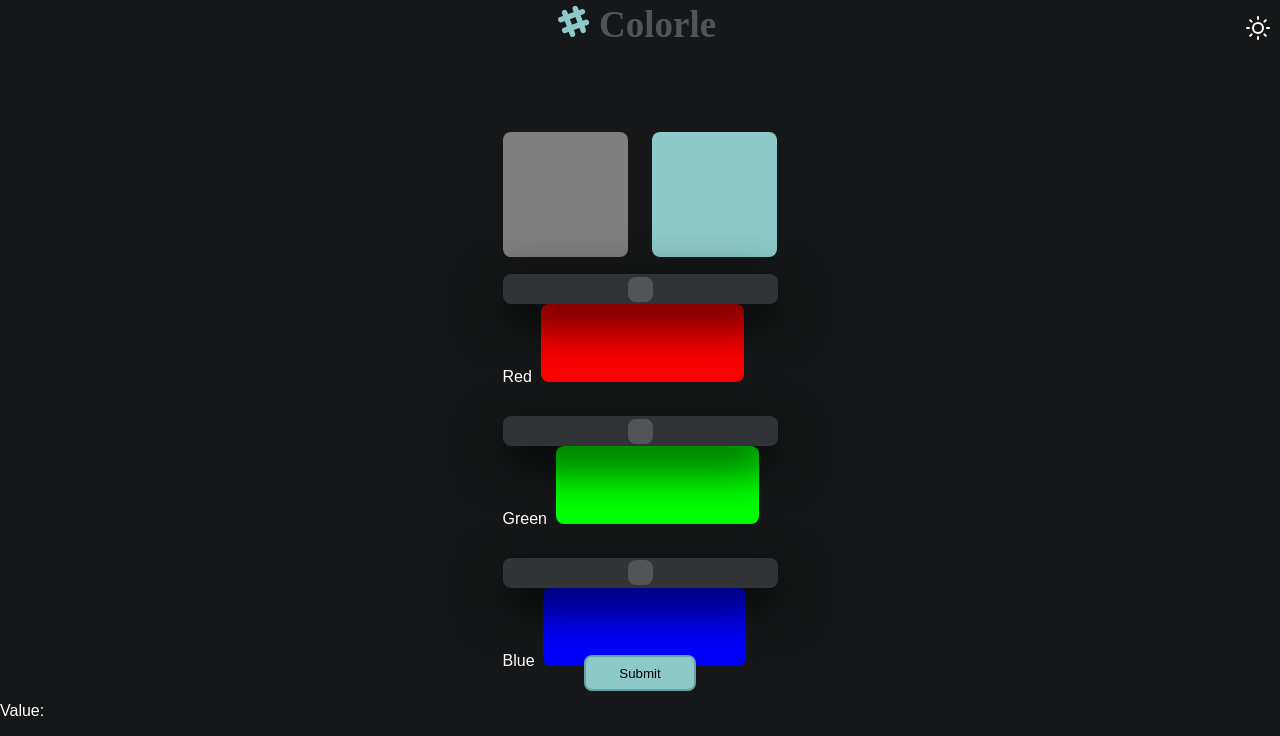
Repository: Artem-Melnik/Colorle
Page: index.html
An editor plug-in stored every save of this project. The page is shown before and after the next save, followed by the edit.
The browser window is 1280 px wide. The pictures show the whole page.

Above is the page before, as saved 2022-05-14 22:01:51.

After the next save:
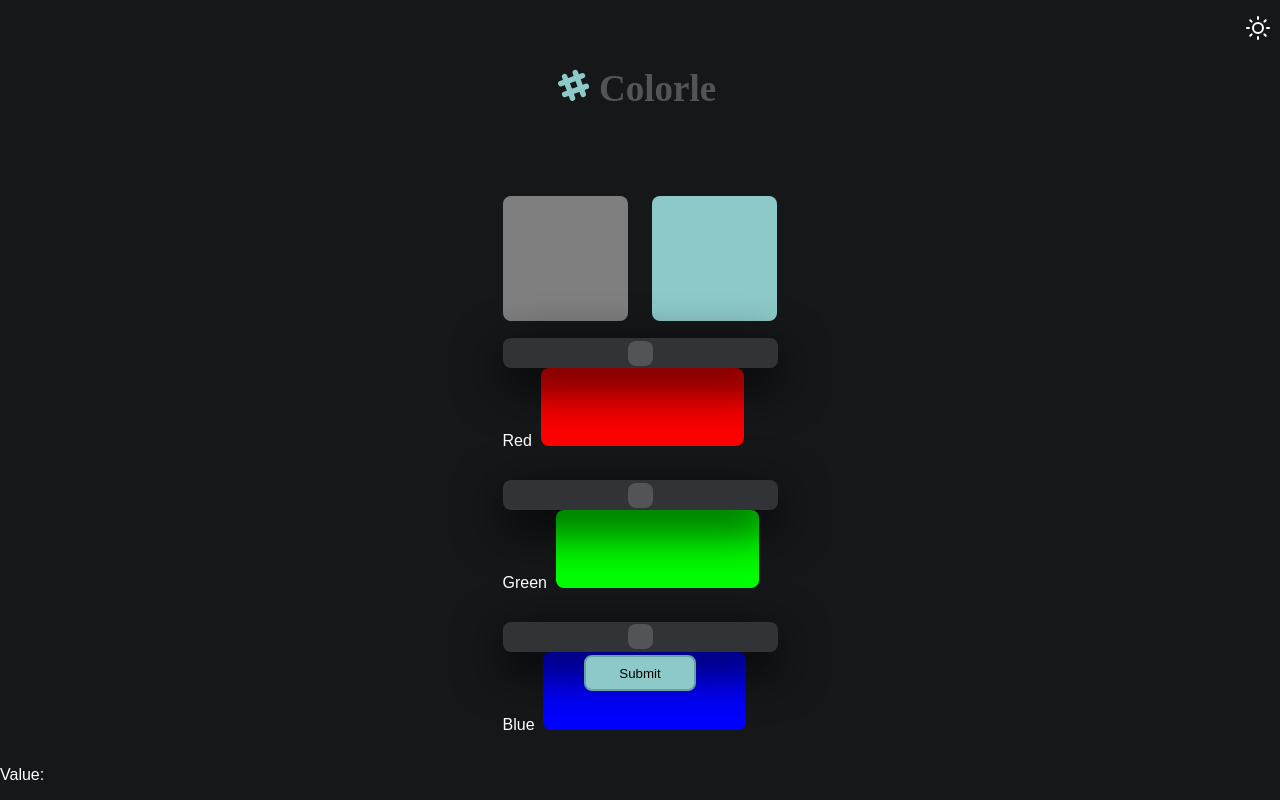
Saved 13 s later.
--- a/styles.css
+++ b/styles.css
@@ -25,6 +25,7 @@ body {
   margin-left: auto;
   margin-right: auto;
   margin-bottom: 7%;
+  margin-top: 5%;
   width: 165px;
   height: 42px;
   align-items: center;
